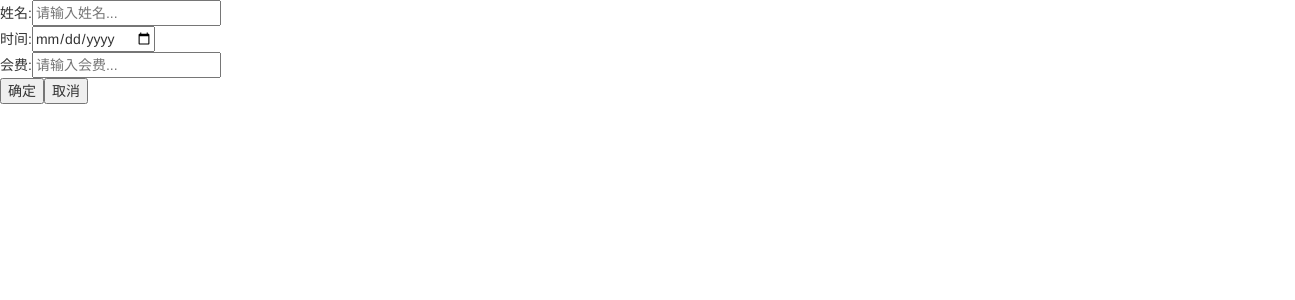
Repository: HelloChuang/HelloChuang-EclipseWorkSpace
Page: http://localhost/RetestServlet2/user_add.jsp
These files come from the project's save history. The page is drawn as it stood at one moment and after the next save; the edit follows.
The browser window is 1280 px wide. The page is 1280 px wide, then 1295 px, so the pictures cover 1295 px, including what lies to the right of the window. The pictures show the whole page.
The page is served by Tomcat 9. Other server files are loaded and not shown.

Above is the page before, as saved 2018-10-31 03:49:16.

### EclipseWorkSpace/RetestServlet2/WebContent/user_add.jsp
<%@ page language="java" contentType="text/html; charset=UTF-8"
    pageEncoding="UTF-8"%>
<!DOCTYPE>
<html>
<head>
<meta http-equiv="Content-Type" content="text/html; charset=UTF-8">
<link rel="stylesheet" type="text/css" href="${pageContext.request.contextPath}/css/bootstrap.min.css">
<script type="text/javascript"  href="${pageContext.request.contextPath}/js/jquery-1.9.1.js"></script>
<script type="text/javascript"  href="${pageContext.request.contextPath}/js/bootstrap.min.js"></script>
<title>首页</title>
</head>
<body>
<form action="AddUserAction">
	姓名:<input type="text" name="uname" required="required" placeholder="请输入姓名..."/><br/>
	时间:<input type="date" name="udate" required="required" placeholder="请输入入会时间..."/><br/>
	会费:<input type="number" name="umoney" required="required" placeholder="请输入会费..."/><br/>
	<button type="submit">确定</button><button type="reset">取消</button>
</form>
</body>
</html>

Loaded but not shown: EclipseWorkSpace/RetestServlet2/WebContent/css/bootstrap.min.css (library)

After the next save:
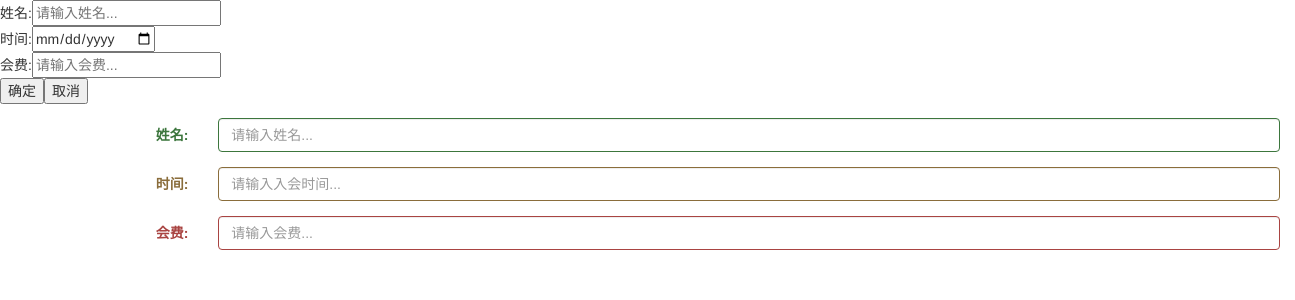
Saved 2 min 48 s later.
--- a/EclipseWorkSpace/RetestServlet2/WebContent/user_add.jsp
+++ b/EclipseWorkSpace/RetestServlet2/WebContent/user_add.jsp
@@ -16,5 +16,25 @@
 	会费:<input type="number" name="umoney" required="required" placeholder="请输入会费..."/><br/>
 	<button type="submit">确定</button><button type="reset">取消</button>
 </form>
+
+<form class="form-horizontal" role="form" action="AddUserAction">
+<div class="form-group has-success">
+    <label class="col-sm-2 control-label" for="inputSuccess">姓名:</label>
+    <div class="col-sm-10">
+      <input type="text" class="form-control" id="inputSuccess" placeholder="请输入姓名...">
+    </div>
+  </div>
+  <div class="form-group has-warning">
+    <label class="col-sm-2 control-label" for="inputWarning">时间:</label>
+    <div class="col-sm-10">
+      <input type="text" class="form-control" id="inputWarning" placeholder="请输入入会时间...">
+    </div>
+  </div>
+  <div class="form-group has-error">
+    <label class="col-sm-2 control-label" for="inputError">会费:</label>
+    <div class="col-sm-10">
+      <input type="text" class="form-control" id="inputError" placeholder="请输入会费...">
+    </div>
+  </div>
 </body>
 </html>
